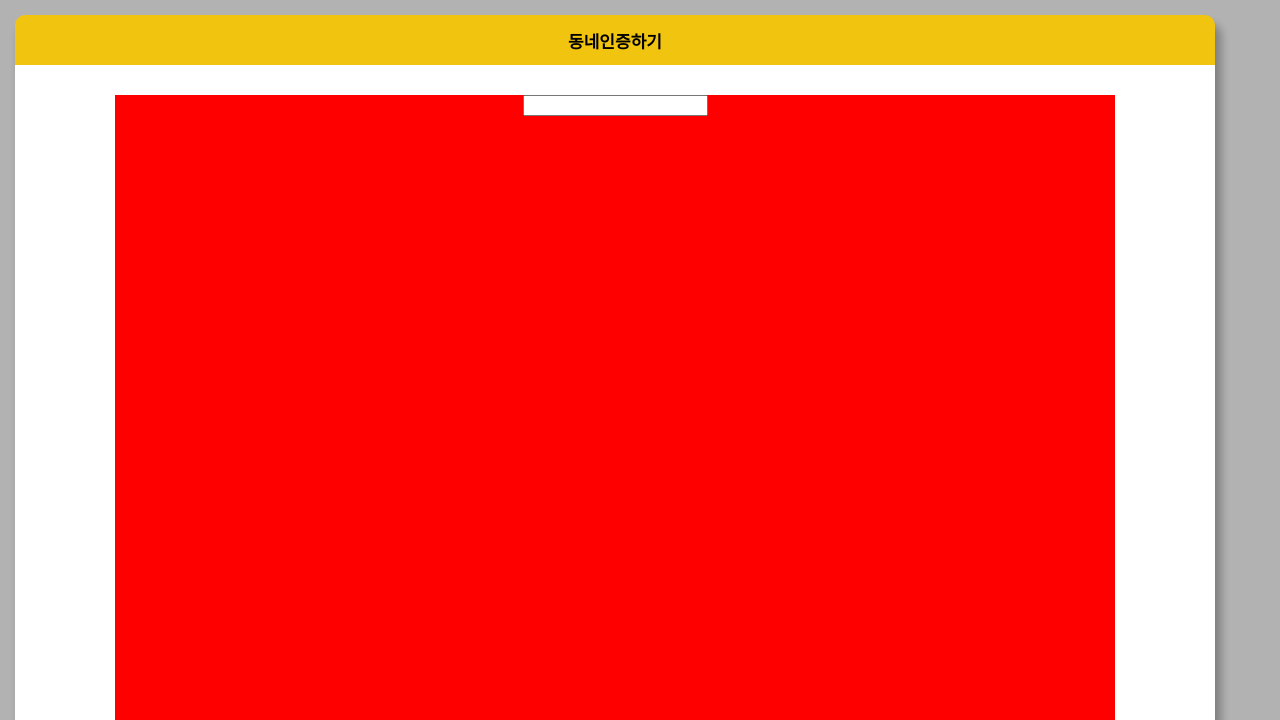
Repository: Corn-Market/Front-end
Page: http://localhost/CornMarket/resources/views/popup_profile_update.jsp
The author's editor kept a copy of each file at every save. The page is drawn from the files as they stood at one save, then again after the next save.
The browser window is 1280 px wide. The pictures show the whole page.
The page is served by Tomcat 9.

Above is the page before, as saved 2022-12-19 05:48:06.

After the next save:
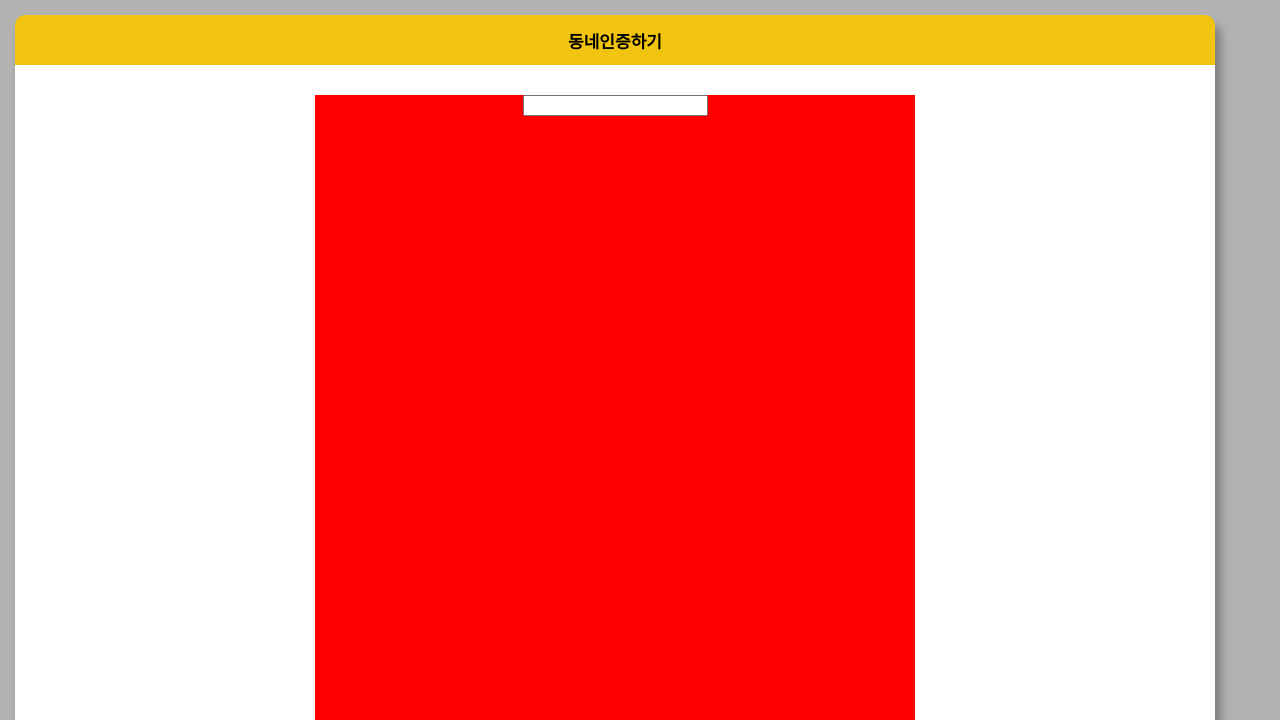
Saved 46 s later.
--- a/CornMarket/src/main/webapp/resources/css/popup_mytown.css
+++ b/CornMarket/src/main/webapp/resources/css/popup_mytown.css
@@ -38,8 +38,8 @@
   }
   .body-titlebox{
     text-align:center;
-    width:1000px;
-    height:1000px;
+    width:600px;
+    height:700px;
     background-color:red;
     margin:10px auto;
   }
